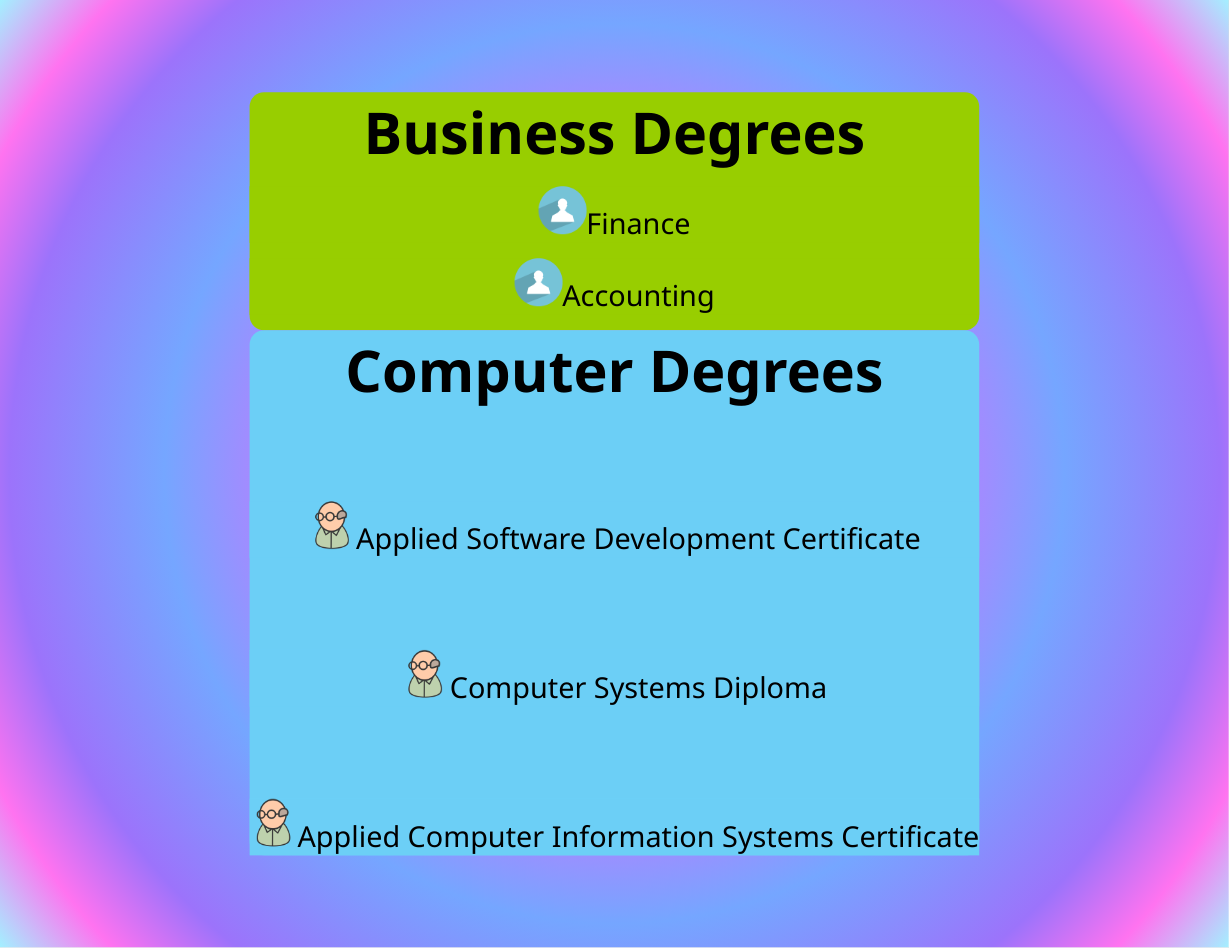
Repository: NeemaToto/mdia2109week3
Page: /
An editor plug-in stored every save of this project. The page is shown before and after the next save, followed by the edit.
The browser window is 1280 px wide. The pictures show the whole page, at 96% of full size.
The project was rebuilt for these pictures with package versions that can differ from the ones it lists, and the page was loaded fresh each time. The framework's server and built-in components were replaced by stand-ins that run in the browser. Also part of the build but not shown: next.config.js.

Above is the page before, as saved 2023-01-19 20:21:34.

### pages/index.js
import Head from 'next/head'
import Image from 'next/image'
import { Inter } from '@next/font/google'
import styles from '@/styles/Home.module.css'
import data from '../data/education.json'
import { useState } from 'react'
import Card from '../components/card'
import Link from 'next/link'

const inter = Inter({ subsets: ['latin'] })

export default function Home() {
  console.log(data);
  const [information, setInformation] = useState([...data]);

  return (
    <>
      <Head>
        <title>Departments of School</title>
        <meta name="description" content="Generated by create next app" />
        <meta name="viewport" content="width=device-width, initial-scale=1" />
        <link rel="icon" href="/degree-icon.png" />
      </Head>
      <main className={styles.main}>
        <div className={styles.degrees}>
          <div className={styles.businessContainer}>
            <h1 className={styles.h1business}>Business Degrees</h1>
            {
              information && information.map((info, index) => {
                if (info.department === "Business") {
                  return (
                    <Card key={index} degree={info.degree} colour="#98CE00" font="30px" />
                  )
                }
              })
            }
          </div>
          <div className={styles.computerContainer}>
            <h1>Computer Degrees</h1>
            {
              information && information.map((info, index) => {
                if (info.department === "Computing") {
                  return (
                    <Card key={index} degree={info.degree} colour="#6CCFF6" font="30px" />
                  )
                }
              })
            }
          </div>
        </div>
      </main>
    </>
  )
}

### styles/globals.css
:root {
  --max-width: 1100px;
  --border-radius: 12px;
  --font-mono: ui-monospace, Menlo, Monaco, 'Cascadia Mono', 'Segoe UI Mono',
    'Roboto Mono', 'Oxygen Mono', 'Ubuntu Monospace', 'Source Code Pro',
    'Fira Mono', 'Droid Sans Mono', 'Courier New', monospace;

  --foreground-rgb: 0, 0, 0;
  --background-start-rgb: 214, 219, 220;
  --background-end-rgb: 255, 255, 255;

  --primary-glow: conic-gradient(
    from 180deg at 50% 50%,
    #16abff33 0deg,
    #0885ff33 55deg,
    #54d6ff33 120deg,
    #0071ff33 160deg,
    transparent 360deg
  );
  --secondary-glow: radial-gradient(
    rgba(255, 255, 255, 1),
    rgba(255, 255, 255, 0)
  );

  --tile-start-rgb: 239, 245, 249;
  --tile-end-rgb: 228, 232, 233;
  --tile-border: conic-gradient(
    #00000080,
    #00000040,
    #00000030,
    #00000020,
    #00000010,
    #00000010,
    #00000080
  );

  --callout-rgb: 238, 240, 241;
  --callout-border-rgb: 172, 175, 176;
  --card-rgb: 180, 185, 188;
  --card-border-rgb: 131, 134, 135;
}

@media (prefers-color-scheme: dark) {
  :root {
    --foreground-rgb: 255, 255, 255;
    --background-start-rgb: 0, 0, 0;
    --background-end-rgb: 0, 0, 0;

    --primary-glow: radial-gradient(rgba(1, 65, 255, 0.4), rgba(1, 65, 255, 0));
    --secondary-glow: linear-gradient(
      to bottom right,
      rgba(1, 65, 255, 0),
      rgba(1, 65, 255, 0),
      rgba(1, 65, 255, 0.3)
    );

    --tile-start-rgb: 2, 13, 46;
    --tile-end-rgb: 2, 5, 19;
    --tile-border: conic-gradient(
      #ffffff80,
      #ffffff40,
      #ffffff30,
      #ffffff20,
      #ffffff10,
      #ffffff10,
      #ffffff80
    );

    --callout-rgb: 20, 20, 20;
    --callout-border-rgb: 108, 108, 108;
    --card-rgb: 100, 100, 100;
    --card-border-rgb: 200, 200, 200;
  }
}

* {
  box-sizing: border-box;
  padding: 0;
  margin: 0;
}

html,
body {
  max-width: 100vw;
  overflow-x: hidden;
}

body {
  color: rgb(var(--foreground-rgb));
  background: linear-gradient(
      to bottom,
      transparent,
      rgb(var(--background-end-rgb))
    )
    rgb(var(--background-start-rgb));
}

a {
  color: inherit;
  text-decoration: none;
}

@media (prefers-color-scheme: dark) {
  html {
    color-scheme: dark;
  }
}

### styles/Home.module.css
.main {
  display: flex;
  flex-direction: row;
  justify-content: center;
  align-items: center;
  padding: 6rem;
  min-height: 100vh;
  background: rgb(228,160,255);
  background: radial-gradient(circle, rgba(228,160,255,1) 0%, rgba(166,166,255,1) 20%, rgba(195,120,255,1) 39%, rgba(117,166,255,1) 58%, rgba(156,115,251,1) 78%, rgba(255,115,240,1) 89%, rgba(163,240,255,1) 100%);
}

.description {
  display: inherit;
  justify-content: inherit;
  align-items: inherit;
  font-size: 0.85rem;
  max-width: var(--max-width);
  width: 100%;
  z-index: 2;
  font-family: var(--font-mono);
}

.description a {
  display: flex;
  justify-content: center;
  align-items: center;
  gap: 0.5rem;
}

.description p {
  position: relative;
  margin: 0;
  padding: 1rem;
  background-color: rgba(var(--callout-rgb), 0.5);
  border: 1px solid rgba(var(--callout-border-rgb), 0.3);
  border-radius: var(--border-radius);
}

.code {
  font-weight: 700;
  font-family: var(--font-mono);
}

.grid {
  display: grid;
  grid-template-columns: repeat(4, minmax(25%, auto));
  width: var(--max-width);
  max-width: 100%;
}

.card {
  padding: 1rem 1.2rem;
  border-radius: var(--border-radius);
  background: rgba(var(--card-rgb), 0);
  border: 1px solid rgba(var(--card-border-rgb), 0);
  transition: background 200ms, border 200ms;
}

.card span {
  display: inline-block;
  transition: transform 200ms;
}

.card h2 {
  font-weight: 600;
  margin-bottom: 0.7rem;
}

.card p {
  margin: 0;
  opacity: 0.6;
  font-size: 0.9rem;
  line-height: 1.5;
  max-width: 30ch;
}

.center {
  display: flex;
  justify-content: center;
  align-items: center;
  position: relative;
  padding: 4rem 0;
}

.center::before {
  background: var(--secondary-glow);
  border-radius: 50%;
  width: 480px;
  height: 360px;
  margin-left: -400px;
}

.center::after {
  background: var(--primary-glow);
  width: 240px;
  height: 180px;
  z-index: -1;
}

.center::before,
.center::after {
  content: '';
  left: 50%;
  position: absolute;
  filter: blur(45px);
  transform: translateZ(0);
}

.logo,
.thirteen {
  position: relative;
}

.thirteen {
  display: flex;
  justify-content: center;
  align-items: center;
  width: 75px;
  height: 75px;
  padding: 25px 10px;
  margin-left: 16px;
  transform: translateZ(0);
  border-radius: var(--border-radius);
  overflow: hidden;
  box-shadow: 0px 2px 8px -1px #0000001a;
}

.thirteen::before,
.thirteen::after {
  content: '';
  position: absolute;
  z-index: -1;
}

/* Conic Gradient Animation */
.thirteen::before {
  animation: 6s rotate linear infinite;
  width: 200%;
  height: 200%;
  background: var(--tile-border);
}

/* Inner Square */
.thirteen::after {
  inset: 0;
  padding: 1px;
  border-radius: var(--border-radius);
  background: linear-gradient(
    to bottom right,
    rgba(var(--tile-start-rgb), 1),
    rgba(var(--tile-end-rgb), 1)
  );
  background-clip: content-box;
}

/* Enable hover only on non-touch devices */
@media (hover: hover) and (pointer: fine) {
  .card:hover {
    background: rgba(var(--card-rgb), 0.1);
    border: 1px solid rgba(var(--card-border-rgb), 0.15);
  }

  .card:hover span {
    transform: translateX(4px);
  }
}

@media (prefers-reduced-motion) {
  .thirteen::before {
    animation: none;
  }

  .card:hover span {
    transform: none;
  }
}

/* Mobile */
@media (max-width: 700px) {
  .content {
    padding: 4rem;
  }

  .grid {
    grid-template-columns: 1fr;
    margin-bottom: 120px;
    max-width: 320px;
    text-align: center;
  }

  .card {
    padding: 1rem 2.5rem;
  }

  .card h2 {
    margin-bottom: 0.5rem;
  }

  .center {
    padding: 8rem 0 6rem;
  }

  .center::before {
    transform: none;
    height: 300px;
  }

  .description {
    font-size: 0.8rem;
  }

  .description a {
    padding: 1rem;
  }

  .description p,
  .description div {
    display: flex;
    justify-content: center;
    position: fixed;
    width: 100%;
  }

  .description p {
    align-items: center;
    inset: 0 0 auto;
    padding: 2rem 1rem 1.4rem;
    border-radius: 0;
    border: none;
    border-bottom: 1px solid rgba(var(--callout-border-rgb), 0.25);
    background: linear-gradient(
      to bottom,
      rgba(var(--background-start-rgb), 1),
      rgba(var(--callout-rgb), 0.5)
    );
    background-clip: padding-box;
    backdrop-filter: blur(24px);
  }

  .description div {
    align-items: flex-end;
    pointer-events: none;
    inset: auto 0 0;
    padding: 2rem;
    height: 200px;
    background: linear-gradient(
      to bottom,
      transparent 0%,
      rgb(var(--background-end-rgb)) 40%
    );
    z-index: 1;
  }
}

/* Tablet and Smaller Desktop */
@media (min-width: 701px) and (max-width: 1120px) {
  .grid {
    grid-template-columns: repeat(2, 50%);
  }
}

@media (prefers-color-scheme: dark) {
  .vercelLogo {
    filter: invert(1);
  }

  .logo,
  .thirteen img {
    filter: invert(1) drop-shadow(0 0 0.3rem #ffffff70);
  }
}

@keyframes rotate {
  from {
    transform: rotate(360deg);
  }
  to {
    transform: rotate(0deg);
  }
}

.degrees{
  font-size: 30px;
  text-align: center;
  font-family: 'Segoe UI', Tahoma, Geneva, Verdana, sans-serif;
}

.businessContainer{
  display: flex;
  flex-direction: column;
  gap: 1rem;
  padding-bottom: 1rem;
  background-color: #98CE00;
  border-radius: 15px;
}

.computerContainer{
  display: flex;
  flex-direction: column;
  background-color: #6CCFF6;
  gap: 6rem;
  border-radius: 15px;
}

### data/education.json
[
        {
            "studentNumber": "A0004567",
            "firstName": "Person 1",
            "gpa": 3.8,
            "department": "Business",
            "degree": "Finance",
            "graduted": 2014
        },
        {
            "studentNumber": "A0001234",
            "firstName": "Person 2",
            "gpa": 3.5,
            "department": "Business",
            "degree": "Accounting",
            "graduted": 2010
        },
        {
            "studentNumber": "A0007890",
            "firstName": "Person 3",
            "gpa": 3.2,
            "department": "Computing",
            "degree": "Applied Software Development Certificate",
            "graduted": 2018
        },
        {
            "studentNumber": "A0007828",
            "firstName": "Person 4",
            "gpa": 3.9,
            "department": "Computing",
            "degree": "Computer Systems Diploma",
            "graduted": 2021
        },
        {
            "studentNumber": "A0003425",
            "firstName": "Person 5",
            "gpa": 3.2,
            "department": "Computing",
            "degree": "Applied Computer Information Systems Certificate",
            "graduted": 2021
        }
]

### components/card/index.js
export default function Card({
    degree = "none",
    colour = "purple",
    font = 0,
    image = 'icon/personTwo.png'
}){
    return(
        <div style={{backgroundColor: colour, fontSize: font}}>
            {
                colour === "#98CE00" ? <img src={'icon/person.png'} width="50"/> :
                colour === "#6CCFF6" ? <img src={'icon/personThree.png'} width="50"/> :
                                    <img src={image} width="50"/>
            }
            {degree}
        </div>
    )
}

Loaded but not shown: pages/_app.js (common file); pages/_document.js (common file)

After the next save:
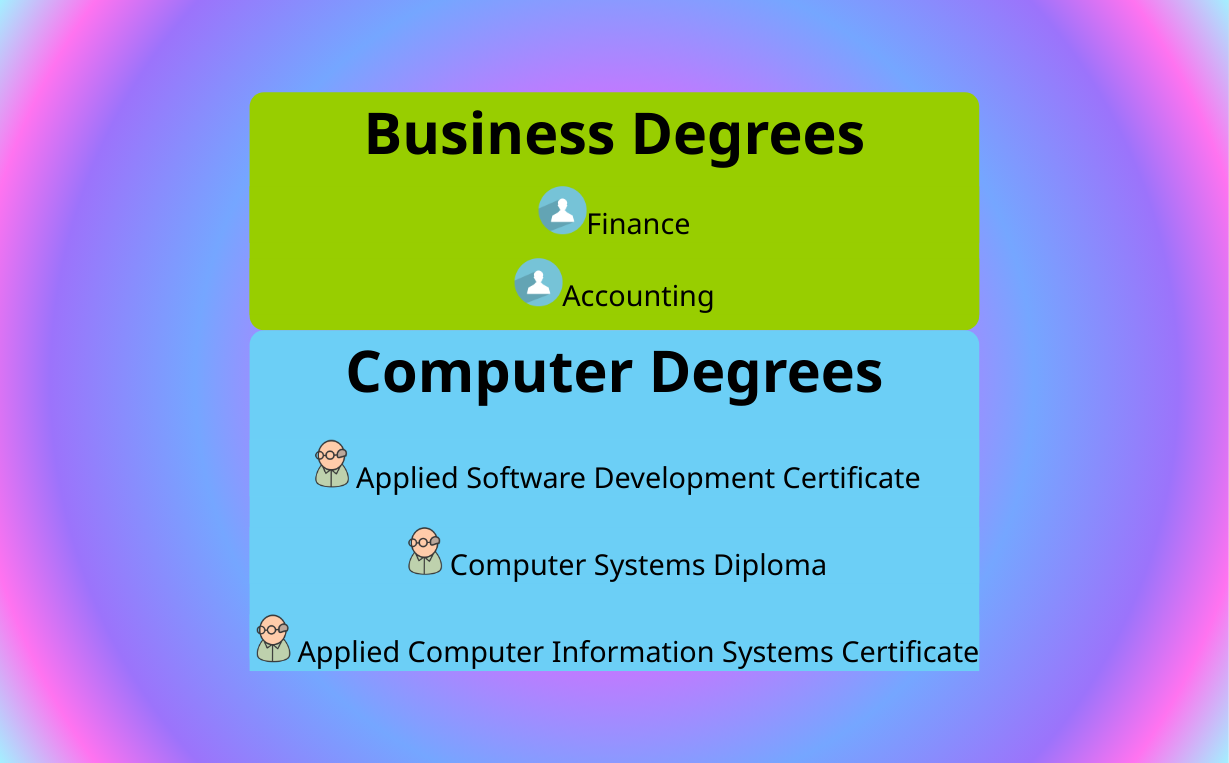
Saved 6 s later.
--- a/styles/Home.module.css
+++ b/styles/Home.module.css
@@ -298,6 +298,6 @@
   display: flex;
   flex-direction: column;
   background-color: #6CCFF6;
-  gap: 6rem;
+  gap: 2rem;
   border-radius: 15px;
 }
